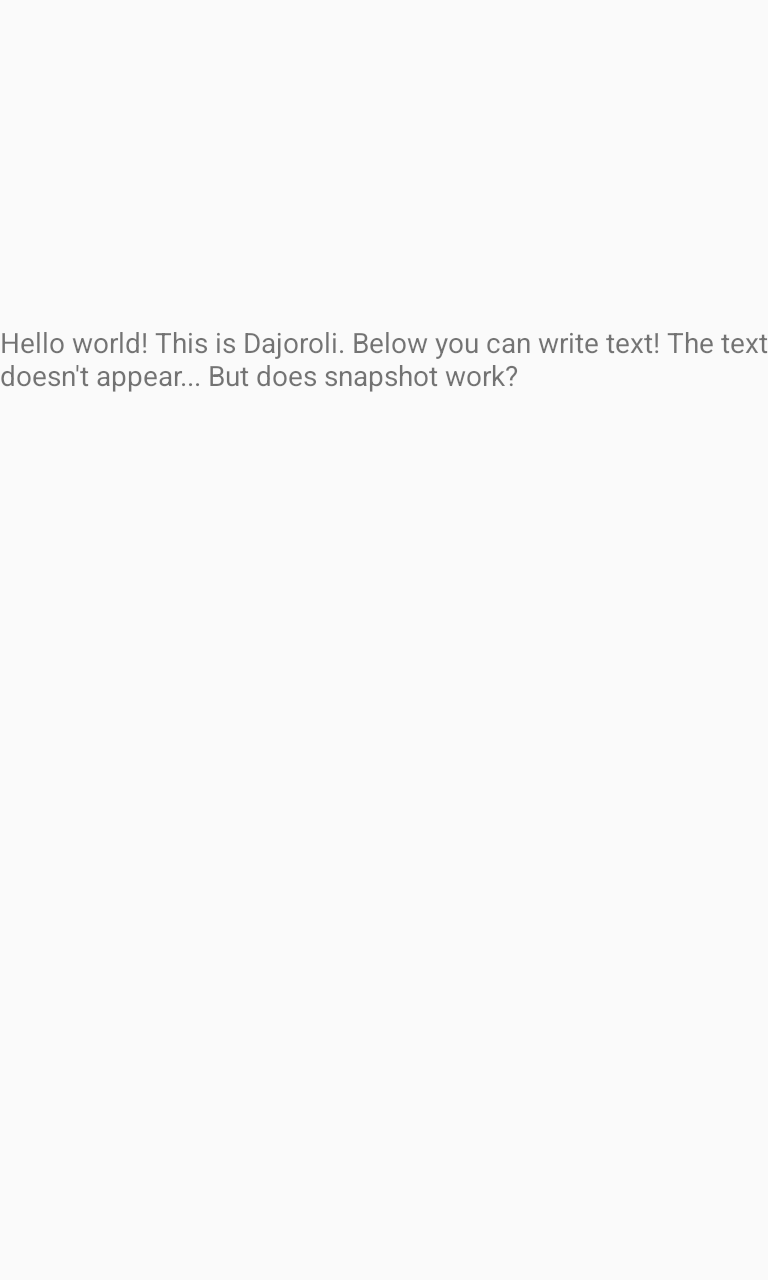
Repository: wisingd/Dajoroli
Layout: Workspace/MyFirstApp/res/layout/fragment_main.xml
These files come from the project's save history. The layout is drawn as it stood at one moment and after the next save; the edit follows.
It is drawn on a 768 x 1280 px phone screen (xhdpi) without system bars, with theme AppTheme; the app's code is not run.

Above is the layout before, as saved 2014-04-20 10:24:12.

After the next save:
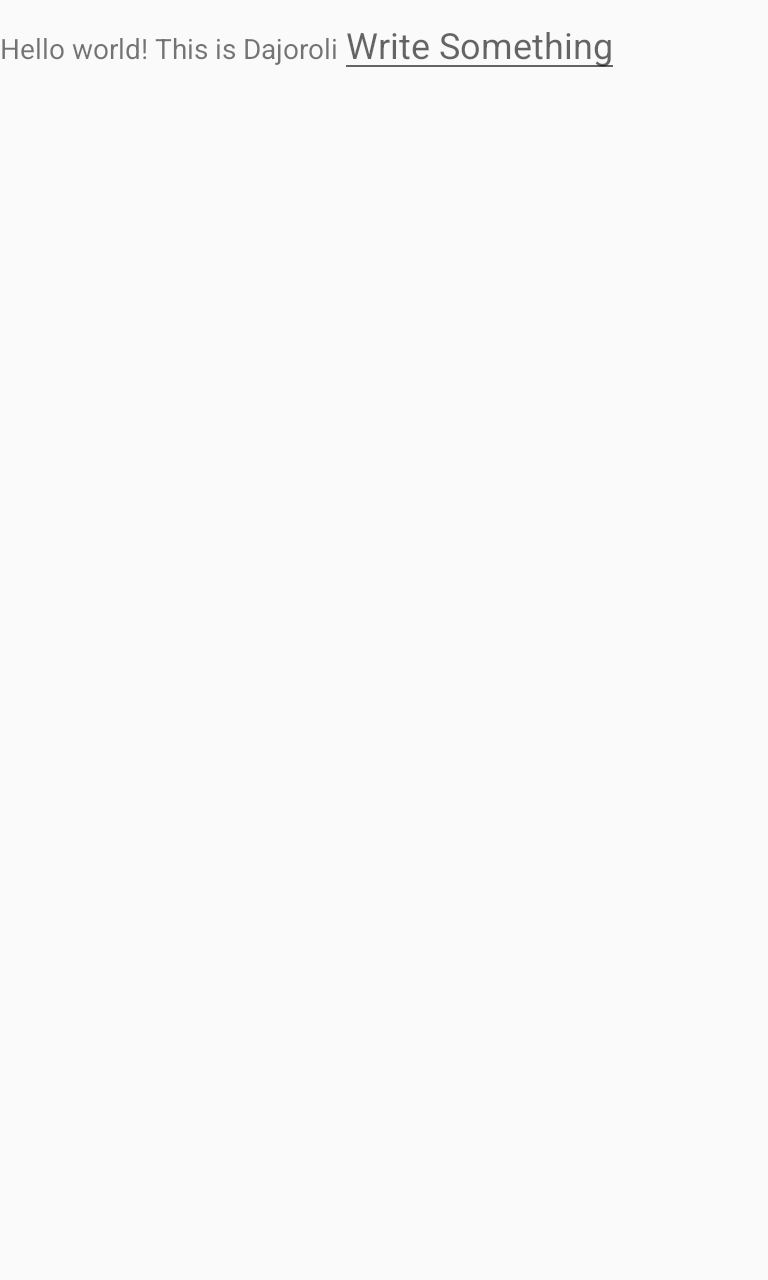
Saved 86 s later.
--- a/Workspace/MyFirstApp/res/values/strings.xml
+++ b/Workspace/MyFirstApp/res/values/strings.xml
@@ -2,7 +2,7 @@
 <resources>
 
     <string name="app_name">MyFirstApp</string>
-    <string name="hello_world">Hello world! This is Dajoroli. Below you can write text! The text doesn't appear... But does snapshot work?</string>
+    <string name="hello_world">Hello world! This is Dajoroli</string>
     <string name="action_settings">Settings</string>
     <string name="edit_message">Write Something</string>
 
